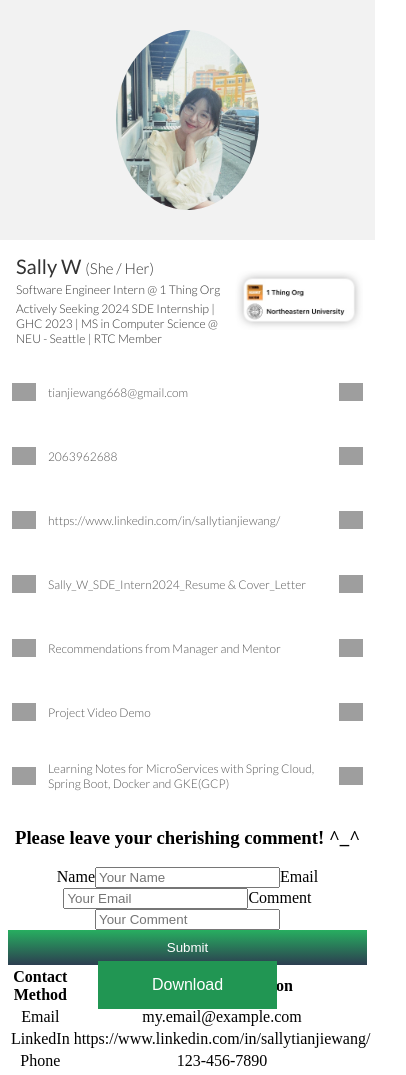
Repository: tianjiewang2022/digital-namecard
Page: index.html
An editor plug-in stored every save of this project. The page is shown before and after the next save, followed by the edit.
The browser window is 375 px wide. The page is 375 px wide, then 406 px, so the pictures cover 406 px, including what lies to the right of the window. The pictures show the whole page.
Pictures or frames that could not be fetched are drawn as grey boxes. Some web fonts or font styles are not loaded; a fallback is used.

Above is the page before, as saved 2023-10-15 23:16:37.

After the next save:
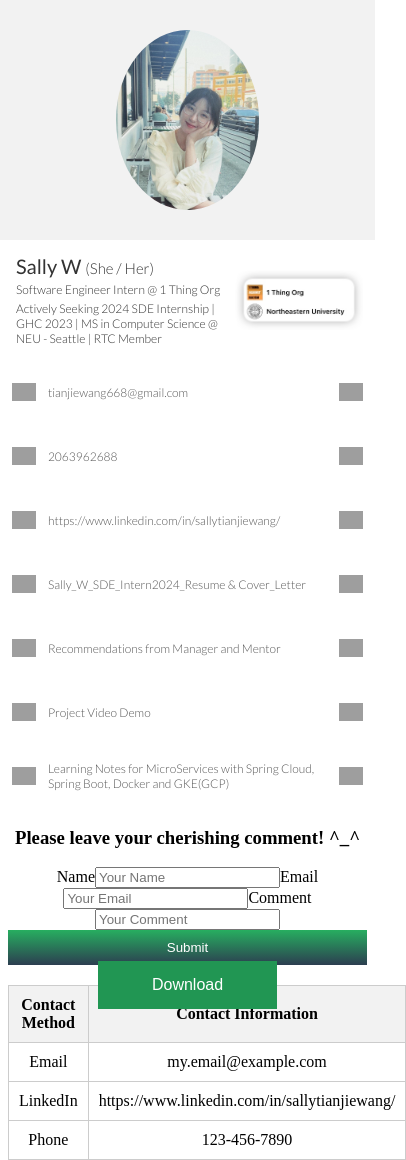
Saved 48 s later.
--- a/main.css
+++ b/main.css
@@ -222,4 +222,22 @@ img.profile-pic {
 		cursor:
 	}
 
-}
+	table {
+		width: 100%;
+		justify-content: center;
+		border-collapse: collapse;
+		margin-top: 10px;
+	}
+
+	th,
+	td {
+		border: 1px solid #ccc;
+		padding: 10px;
+		text-align: center;
+	}
+
+	th {
+		background-color: #f2f2f2;
+	}
+
+}
